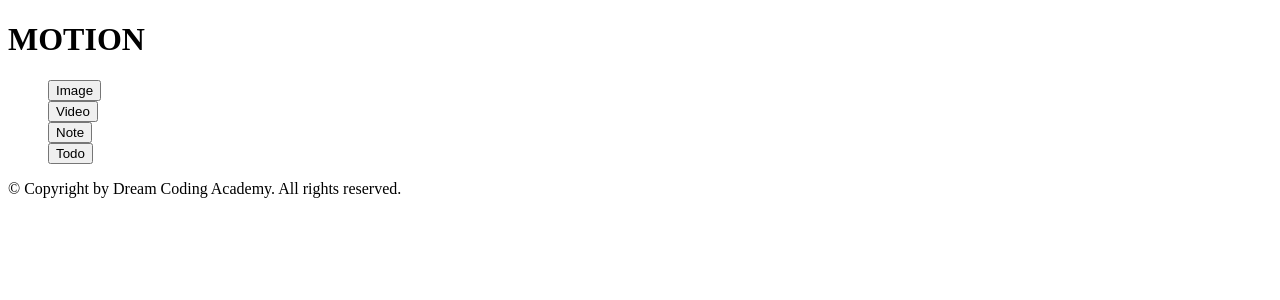
Repository: chefkuna/Motion
Page: index.html
These files come from the project's save history. The page is drawn as it stood at one moment and after the next save; the edit follows.
The browser window is 1280 px wide. The pictures show the whole page.

Above is the page before, as saved 2022-08-21 14:34:15.
Not found: assets/background.pnfdg

After the next save:
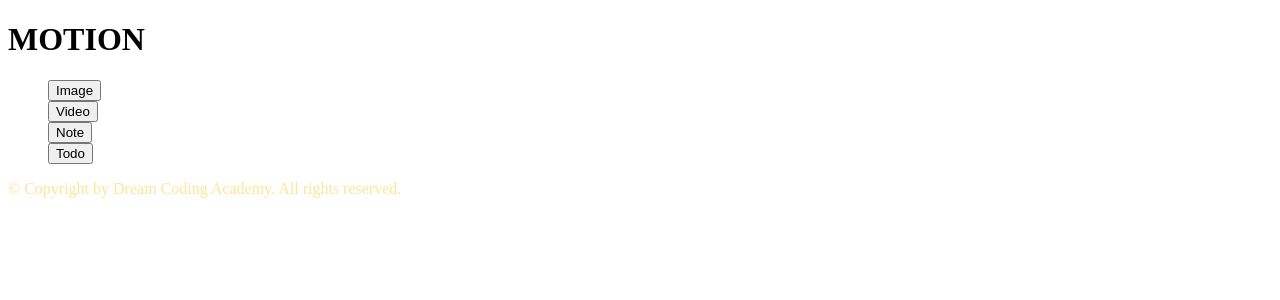
Saved 12 s later.
--- a/style/style.css
+++ b/style/style.css
@@ -18,6 +18,10 @@ li {
   padding-left: 0;
 }
 
+p {
+  color: var(--text-accent-color);
+}
+
 body {
   background: url('../assets/background.pnfdg');
 }
